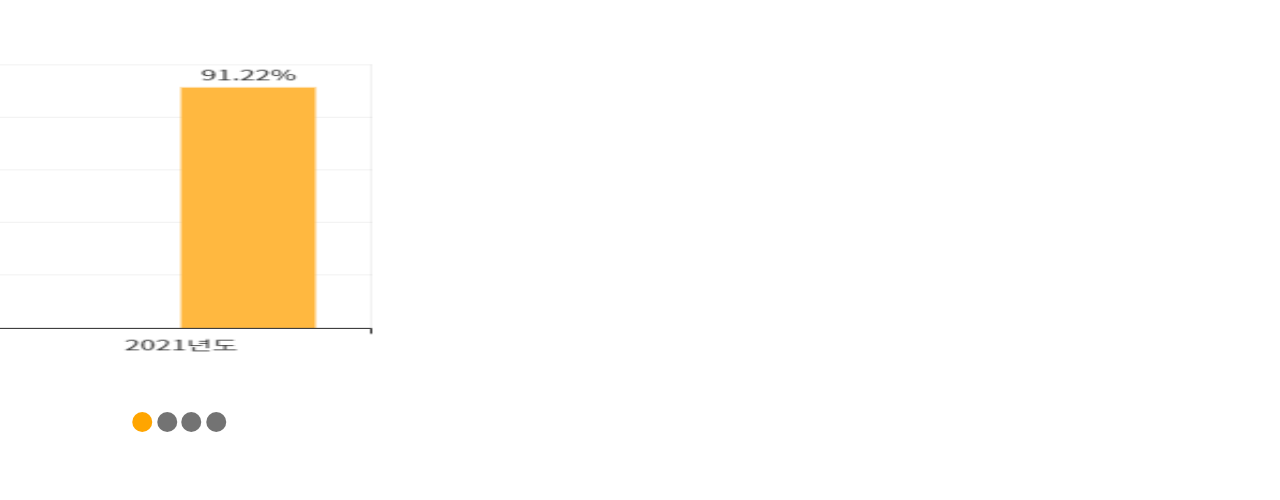
Repository: JavaJin96/kr.or.ddit.HighJava
Page: http://localhost/TeamProjectDCUM/work_psj/iframe_psj/getwork.jsp
The author's editor kept a copy of each file at every save. The page is drawn from the files as they stood at one save, then again after the next save.
The browser window is 1280 px wide. The pictures show the whole page.
The page is served by Tomcat 9. Other server files are loaded and not shown.

Above is the page before, as saved 2022-02-16 01:12:15.

### 3.Highjava/workspace/TeamProjectDCUM/WebContent/work_psj/iframe_psj/getwork.jsp
<%@ page language="java" contentType="text/html; charset=UTF-8"
    pageEncoding="UTF-8"%>
<!DOCTYPE html>
<html>
<head>
<meta charset="UTF-8">
<title>Insert title here</title>
<!-- 카드 -->
<link rel="stylesheet" href="https://cdn.jsdelivr.net/npm/bootstrap@4.6.1/dist/css/bootstrap.min.css">
<script src="https://cdn.jsdelivr.net/npm/jquery@3.5.1/dist/jquery.slim.min.js"></script>
<script src="https://cdn.jsdelivr.net/npm/popper.js@1.16.1/dist/umd/popper.min.js"></script>
<script src="https://cdn.jsdelivr.net/npm/bootstrap@4.6.1/dist/js/bootstrap.bundle.min.js"></script>
<style>
/*---------------------- 슬라이드 ----------------------------*/
.slider{
	margin-top : 60px;
    width: 640px;
    height: 400px;
    position: relative;
    overflow: hidden; /* 현재 슬라이드 오른쪽에 위치한 나머지 슬라이드 들이 보이지 않도록 가림 */
/*     text-align: center; */
	display: flex;
}
.slider input[type=radio]{
    display: none;
}
img{
	width : 400px;
    height : 300px;
}

ul.imgs{
    padding: 0;
    margin: 0;
    list-style: none;
}
ul.imgs li{
    position: absolute;
    left: 640px;
    transition-delay: 1s; /* 새 슬라이드가 이동해 오는 동안 이전 슬라이드 이미지가 배경이 보이도록 지연 */
    padding: 0;
    margin: 0;
}

.bullets{
    position: absolute;
    left: 28%;
    transform: translateX(-50%);
    bottom: 20px;
    z-index: 2;
}

.bullets label{
    display: inline-block;
    border-radius: 50%;
    background-color: rgba(0,0,0,0.55);
    width: 20px;
    height: 20px;
    cursor: pointer;
}

/* 현재 선택된 불릿 배경 흰색으로 구분 표시 */
.slider input[type=radio]:nth-child(1):checked~.bullets>label:nth-child(1){
    background-color: orange;
}

.slider input[type=radio]:nth-child(2):checked~.bullets>label:nth-child(2){
    background-color: orange;
}

.slider input[type=radio]:nth-child(3):checked~.bullets>label:nth-child(3){
    background-color: orange;
}

.slider input[type=radio]:nth-child(4):checked~.bullets>label:nth-child(4){
    background-color: orange;
}

 .slider input[type=radio]:nth-child(1):checked~ul.imgs>li:nth-child(1){
     left: 0;
     transition: 0.5s;
     z-index:1;
 }

 .slider input[type=radio]:nth-child(2):checked~ul.imgs>li:nth-child(2){
     left: 0;
     transition: 0.5s;
     z-index:1;
 }

 .slider input[type=radio]:nth-child(3):checked~ul.imgs>li:nth-child(3){
     left: 0;
     transition: 0.5s;
     z-index:1;
 }

 .slider input[type=radio]:nth-child(4):checked~ul.imgs>li:nth-child(4){
     left: 0;
     transition: 0.5s;
     z-index:1;
 }

</style>


</head>
<body>

	<div class="slider" targer="ifr">
	    <input type="radio" name="slide" id="slide1" checked>
	    <input type="radio" name="slide" id="slide2">
	    <input type="radio" name="slide" id="slide3">
	    <input type="radio" name="slide" id="slide4">

	    <ul id="imgholder" class="imgs">
	        <li><img src="<%=request.getContextPath()%>/images/main/getwork2.png" targer="ifr"></li>
	        <li><img src="<%=request.getContextPath()%>/images/main/getwork3.PNG" targer="ifr"></li>
	        <li><img src="<%=request.getContextPath()%>/images/main/getwork4.PNG" targer="ifr"></li>
	        <li><img src="<%=request.getContextPath()%>/images/main/getwork5.PNG" targer="ifr" ></li>
	    </ul>

	    <div class="bullets">
	        <label for="slide1">&nbsp;</label>
	        <label for="slide2">&nbsp;</label>
	        <label for="slide3">&nbsp;</label>
	        <label for="slide4">&nbsp;</label>
	    </div>
	</div>


</body>
</html>

After the next save:
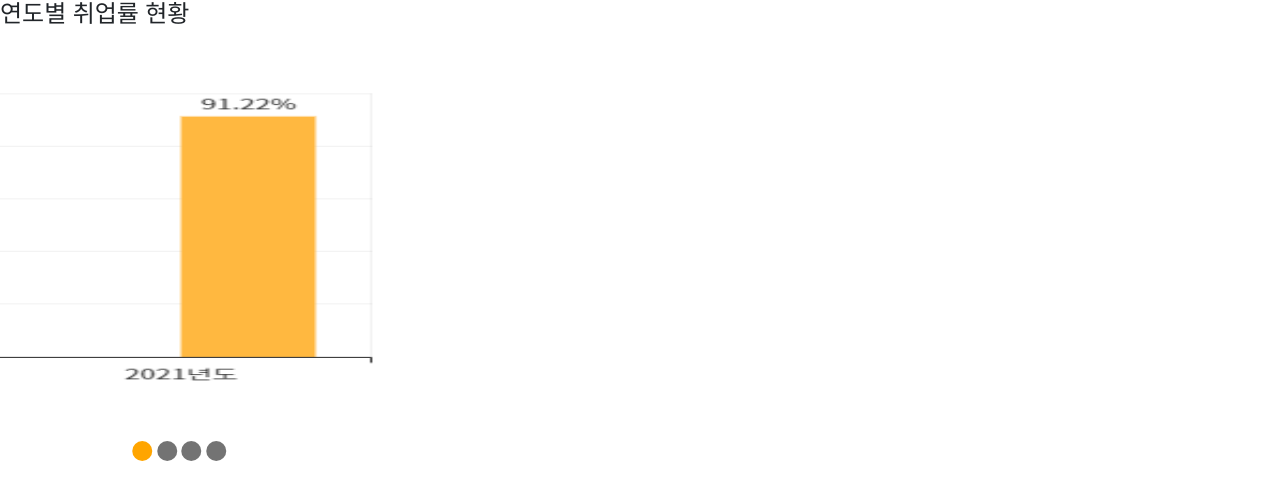
Saved 19 s later.
--- a/3.Highjava/workspace/TeamProjectDCUM/WebContent/work_psj/iframe_psj/getwork.jsp
+++ b/3.Highjava/workspace/TeamProjectDCUM/WebContent/work_psj/iframe_psj/getwork.jsp
@@ -105,7 +105,7 @@ ul.imgs li{
 
 </head>
 <body>
-
+	<h4>연도별 취업률 현황</h4>
 	<div class="slider" targer="ifr">
 	    <input type="radio" name="slide" id="slide1" checked>
 	    <input type="radio" name="slide" id="slide2">
